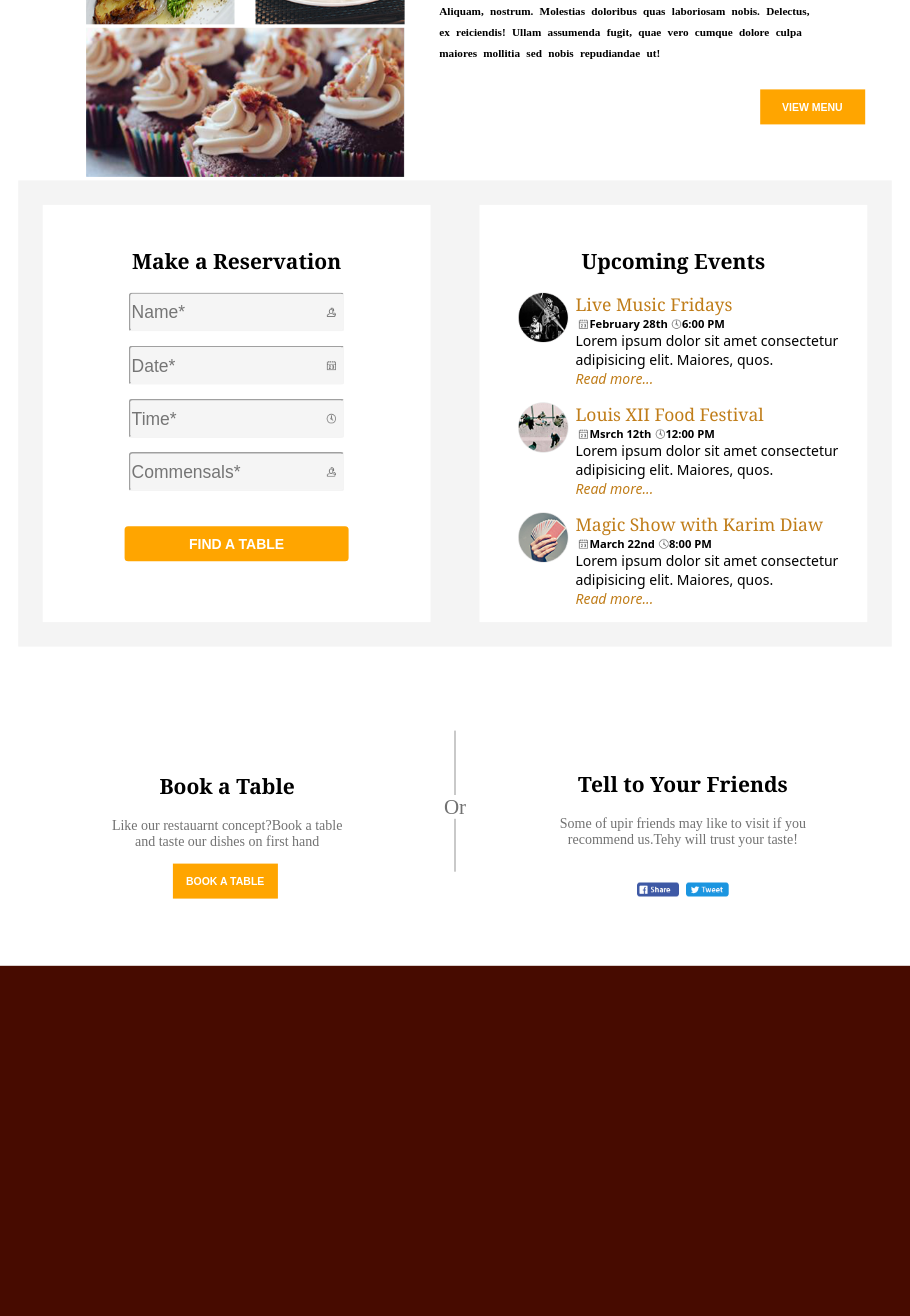
Repository: sis-shen/HTML_vsc
Page: adc_v2/index.html
These files come from the project's save history. The page is drawn as it stood at one moment and after the next save; the edit follows.
The browser window is 1280 px wide. The page is 1300 px wide, so the pictures cover 1300 px, including what lies to the right of the window. The pictures show the part of the page from y = 1824 to 3704 px (the page is 3704 px tall), at 70% of full size.

Above is the page before, as saved 2023-08-20 13:45:38.

After the next save:
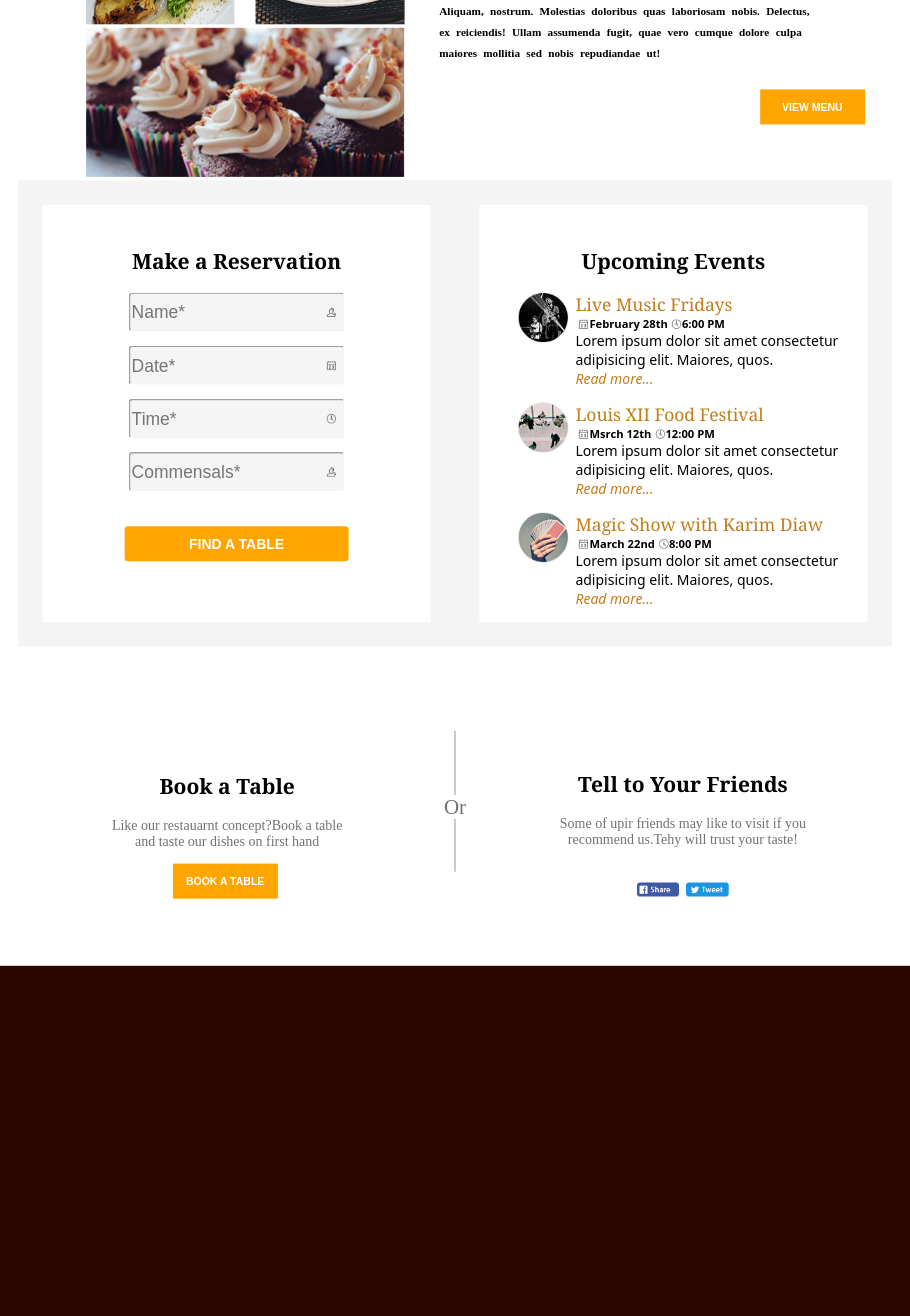
Saved 8 s later.
--- a/adc_v2/style.css
+++ b/adc_v2/style.css
@@ -567,5 +567,5 @@ body {
 .bottom{
     width: 100%;
     min-height: 500px;
-    background-color: rgb(71, 11, 0);
-}
+    background-color: rgb(41, 6, 0);
+}
